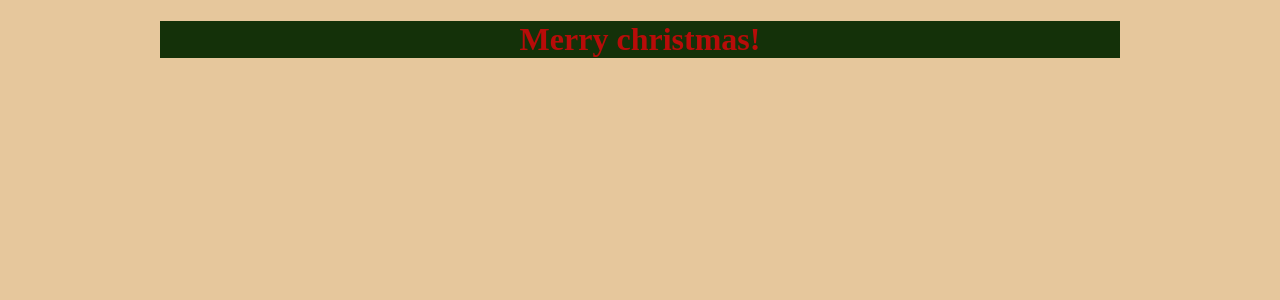
Repository: Angamanga/1dv403-laborationer
Page: 3-gameon/memory/index.html
The author's editor kept a record of every edit. The page is drawn from the files as they stood at one moment, then again after the next edit.
The browser window is 1280 px wide. The pictures show the whole page.
Some web fonts or font styles are not loaded; a fallback is used.

Above is the page before.
Console error: SyntaxError: Unexpected end of input

After the next edit:
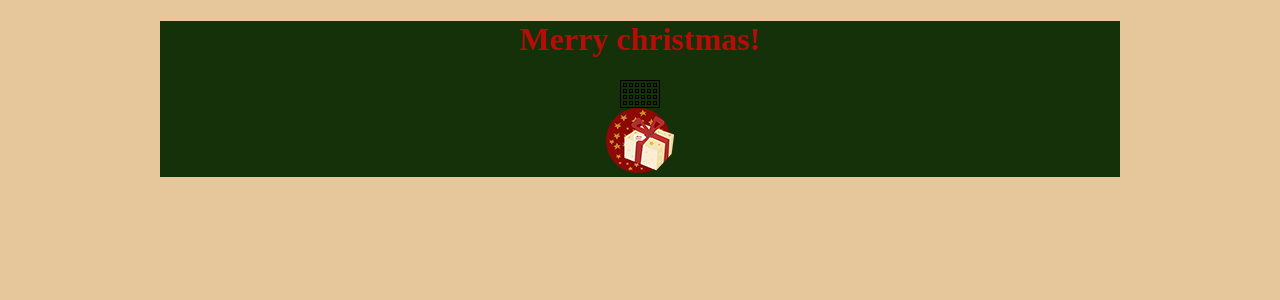
The error is gone.
The edit:
--- a/3-gameon/memory/js/memory.js
+++ b/3-gameon/memory/js/memory.js
@@ -14,7 +14,8 @@
 var rows = document.createElement("TR");
 for(var j =1;j<=this.cols;j++){
 var cols = document.createElement("TD");
-
+rows.appendChild(cols);
+}
 table.appendChild(rows);
 }
 
